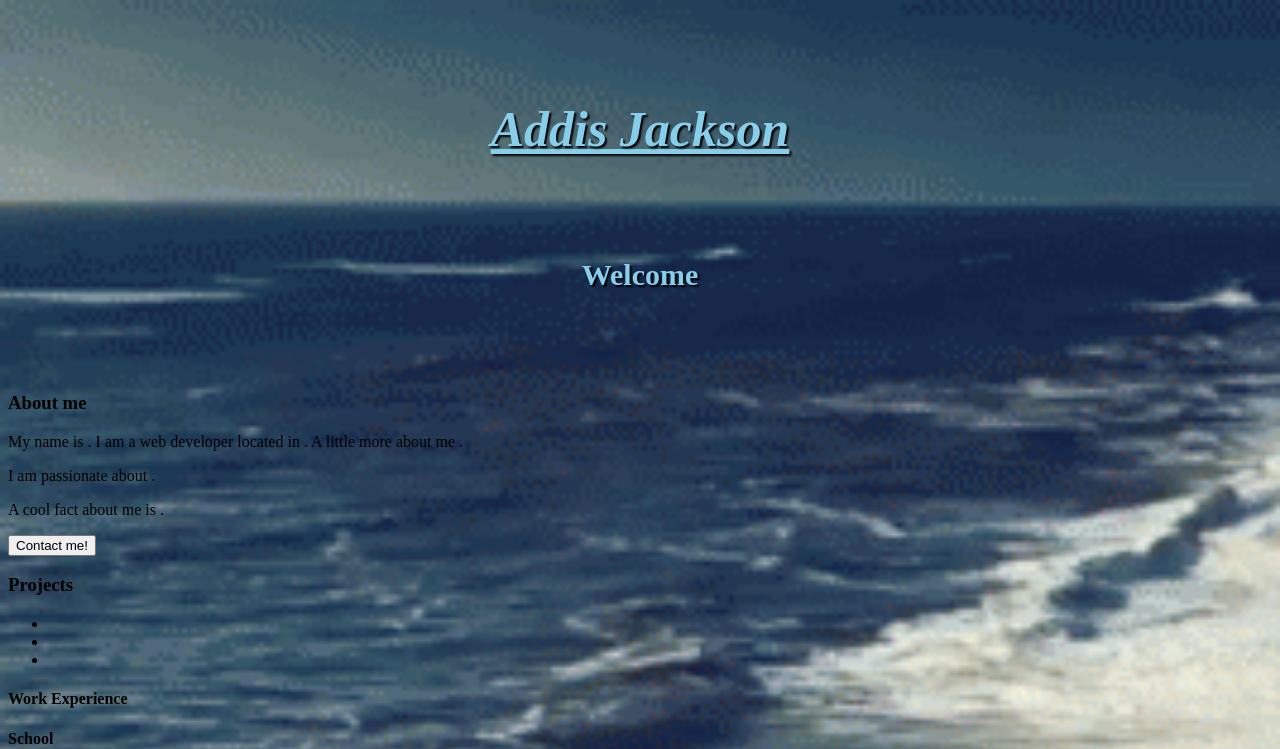
Repository: 10-2-pursuit/lab-design-assets
Page: index.html
These files come from the project's save history. The page is drawn as it stood at one moment and after the next save; the edit follows.
The browser window is 1280 px wide. The pictures show the part of the page from y = 0 to 749 px (the page is 1697 px tall before and 1740 px after).
A picture or video elsewhere on the page could not be fetched, so the positions and the page height are approximate.

Above is the page before, as saved 2023-07-16 04:18:33.

### index.html
<!DOCTYPE html>
<html lang="en">
  <head>
    <meta charset="UTF-8" />
    <meta http-equiv="X-UA-Compatible" content="IE=edge" />
    <meta name="viewport" content="width=device-width, initial-scale=1.0" />
    <link rel="stylesheet" href="style.css" />
    <title>MY PORTFOLIO</title>
  </head>
  <body>
    <header>
      <h1>Addis Jackson</h1>
    </header>
    <main>
      <section>
        <h2>Welcome</h2>
        <article>
          <h3>About me</h3>
          <p>
            My name is . I am a web developer located in . A little more about
            me .
          </p>
          <p>I am passionate about .</p>
          <p>A cool fact about me is .</p>
          <button>Contact me!</button>
        </article>
      </section>
      <section>
        <h3>Projects</h3>
        <article>
          <ul>
            <!-- TO DO LINK TO THE THREE LABS OR PROJECTS YOU ARE MOST PROUD OF SO FAR -->
            <li><a href=""></a></li>
            <li><a href=""></a></li>
            <li><a href=""></a></li>
          </ul>
        </article>
      </section>
    </main>
    <aside>
      <h4>Work Experience</h4>
      <!-- add whatever details you want here -->
      <h4>School</h4>
      <!-- add whatever details you want here -->
    </aside>
    <footer>
      <ul>
        <li>
          <!-- TO DO UPDATE LINKS TO GO TO YOUR PROFILES/EMAIL -->
          <a href="https://www.linkedin.com/"
            ><img src="./assets/LinkedIn-Logos/LI-Logo.png" alt=""
          /></a>
        </li>
        <li>
          <a href="https://github.com"
            ><img src="./assets/github-mark/github-mark.png" alt=""
          /></a>
        </li>
        <li>
          <a href="mailto:YOUR@EMAIL.HERE"
            ><img src="./assets/email-g8e9fd44a3_640.png" alt="Email me"
          /></a>
        </li>
      </ul>
    </footer>
  </body>
</html>

### style.css
body {
    background-image: url("./assets/waves-beach.gif");
    background-repeat: no-repeat;
    background-size: cover;
}

h1 {
    font-size: 50px;
    color: skyblue;
    text-align: center;
    margin-top: 100px;
    margin-bottom: 100px;
    text-shadow: 2px 2px 2px black;
    font-weight: bold;
    font-family: Calibri Light, Calibri,;
    font-style: italic;
    text-decoration: underline;
}

h2 {
    font-size: 30px;
    color: skyblue;
    text-align: center;
    margin-top: 100px;
    margin-bottom: 100px;
    text-shadow: 2px 2px 2px black;
    font-weight: bold;
    font-family: fantasy;
}

After the next save:
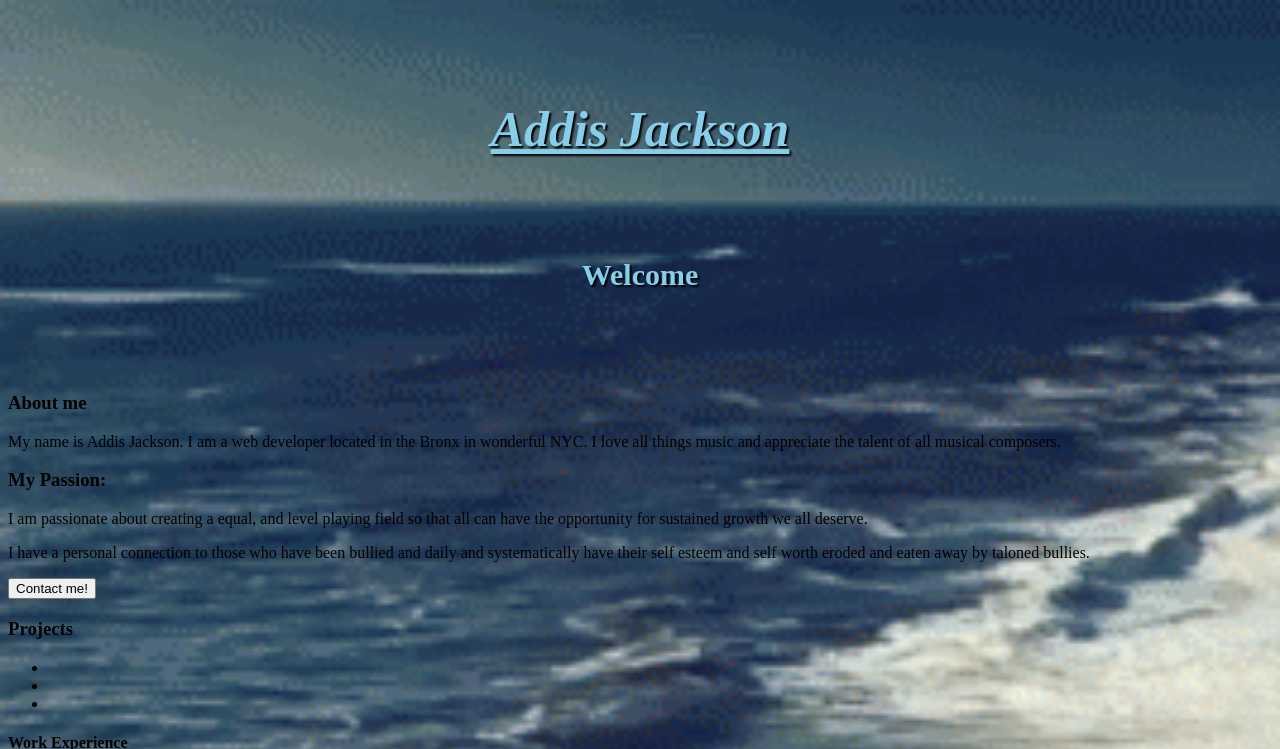
Saved 16 min 29 s later.
--- a/index.html
+++ b/index.html
@@ -14,14 +14,18 @@
     <main>
       <section>
         <h2>Welcome</h2>
-        <article>
+        <article for="about" class="about">
           <h3>About me</h3>
           <p>
-            My name is . I am a web developer located in . A little more about
-            me .
+            My name is Addis Jackson.
+            I am a web developer located in the Bronx in wonderful NYC.
+            I love all things music and appreciate the talent of all musical composers.
           </p>
-          <p>I am passionate about .</p>
-          <p>A cool fact about me is .</p>
+        </article>
+        <article for="passion" class="passion">
+          <h3>My Passion:</h3>
+          <p>I am passionate about creating a equal, and level playing field so that all can have the opportunity for sustained growth we all deserve.</p>
+          <p>I have a personal connection to those who have been bullied and daily and systematically have their self esteem and self worth eroded and eaten away by taloned bullies.</p>
           <button>Contact me!</button>
         </article>
       </section>
